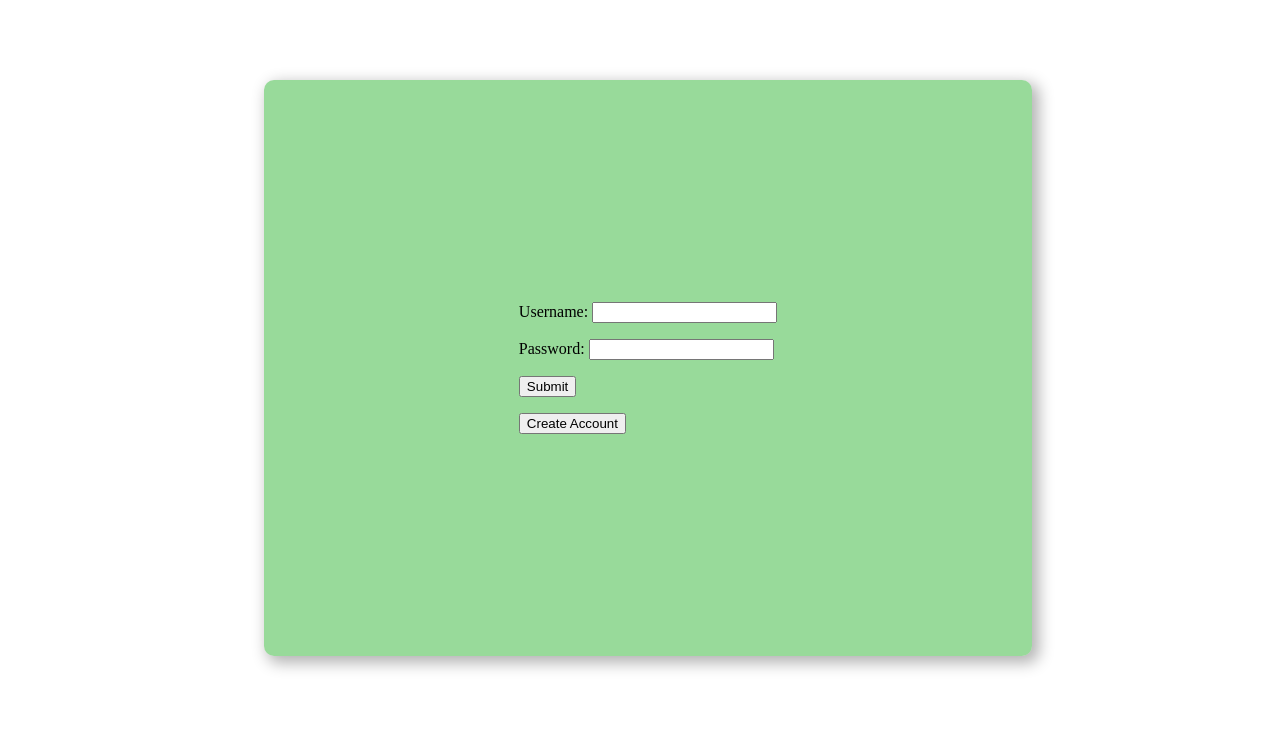
Repository: Jtho28/4830-group-project
Page: Esports-webproj/src/main/webapp/WEB-INF/Login.html
The author's editor kept a copy of each file at every save. The page is drawn from the files as they stood at one save, then again after the next save.
The browser window is 1280 px wide. The page is 1288 px wide, so the pictures cover 1288 px, including what lies to the right of the window. The pictures show the whole page.

Above is the page before, as saved 2022-11-16 21:05:55.

### Esports-webproj/src/main/webapp/WEB-INF/Login.html
<!DOCTYPE html>
<html>
<head>
<meta charset="UTF-8">
<title>Login</title>
<link rel="stylesheet" href="login.css">
</head>
<body>
<div class="login">
<form action="Login" method="post">
<p>Username: <input type="text" name="username" /></p>
<p>Password: <input type="password" name="password" /></p>
<p><input type="submit" /></p>
<p><button type="button">
Create Account
</button>
</form>
</div>
</body>
</html>

### Esports-webproj/src/main/webapp/WEB-INF/login.css
@charset "UTF-8";

body {
	display: flex;
	align-items: center;
	justify-content: center;
	height: 100vh;
	width: 100vw;
	background: rgba(255,255,255, .8);

}

.login {
	height: 80vh;
	width: 60vw;
	display: flex;
	align-items: center;
	justify-content: center;

	border-radius: 10px;
	background: rgba(50, 181, 55, .5);
	transition: ease all 0.5s;
	box-shadow: 5px 5px 15px 2px rgba(0,0,0, .3)
}
.login:hover {
	background: rgba(50, 181, 55, .5);
}

h1 {
	color: yellow;
	margin-left: 20px;
}

After the next save:
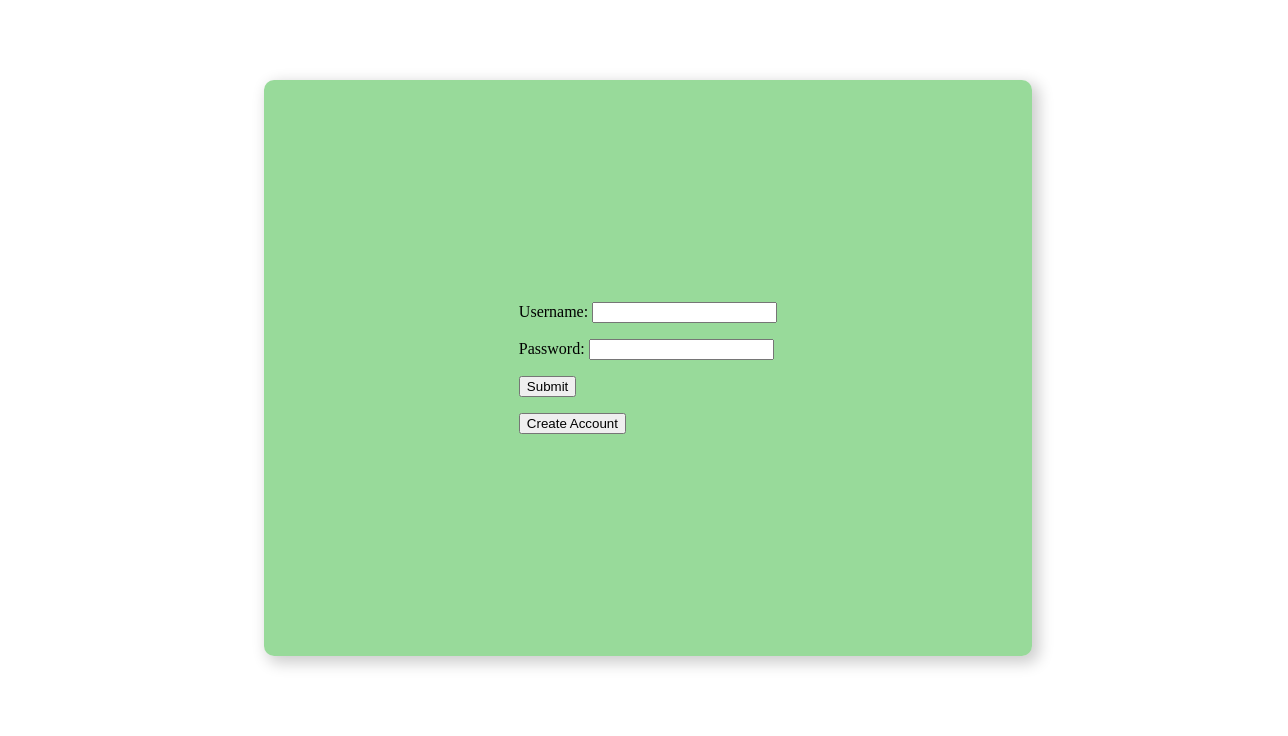
Saved 17 s later.
--- a/Esports-webproj/src/main/webapp/WEB-INF/login.css
+++ b/Esports-webproj/src/main/webapp/WEB-INF/login.css
@@ -20,7 +20,7 @@ body {
 	border-radius: 10px;
 	background: rgba(50, 181, 55, .5);
 	transition: ease all 0.5s;
-	box-shadow: 5px 5px 15px 2px rgba(0,0,0, .3)
+	box-shadow: 5px 5px 15px 2px rgba(0,0,0, .2)
 }
 .login:hover {
 	background: rgba(50, 181, 55, .5);
